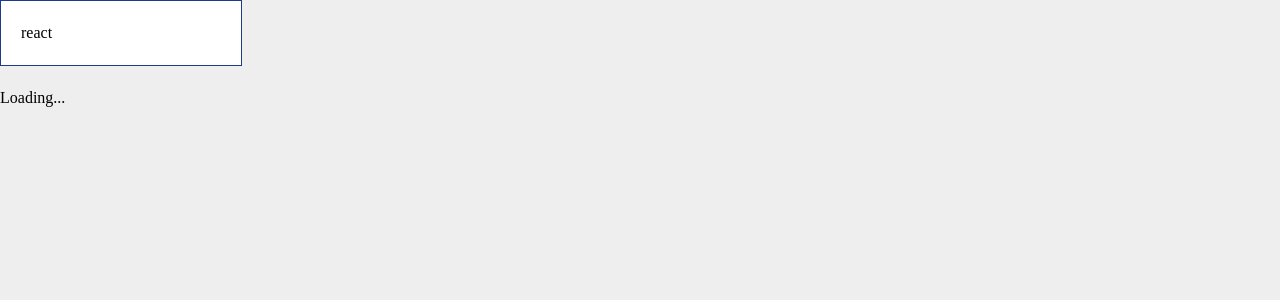
Repository: 16-Doffy/Fe-Khhoahoc
Page: /
An editor plug-in stored every save of this project. The page is shown before and after the next save, followed by the edit.
The browser window is 1280 px wide. The pictures show the whole page.
The page's requests for data from a server got no answer. The project was rebuilt for these pictures with package versions that can differ from the ones it lists, and the page was loaded fresh each time. No one was signed in, and anything a server would have sent is missing. Also part of the build but not shown: src/App.css.

Above is the page before, as saved 2025-01-14 15:12:22.

### src/index.js
import React from 'react';
import ReactDOM from 'react-dom/client';
import './index.css';
import App from './App';
import reportWebVitals from './reportWebVitals';
import "./index.scss"
const root = ReactDOM.createRoot(document.getElementById('root'));
root.render(
  <React.StrictMode>
    <App />
  </React.StrictMode>
);

// If you want to start measuring performance in your app, pass a function
// to log results (for example: reportWebVitals(console.log))
// or send to an analytics endpoint. Learn more: https://bit.ly/CRA-vitals
reportWebVitals();

### src/App.js

import "./App.css";
import HackerNews from "./components/news/HackerNews";



const App = () => {
  return (

    <HackerNews></HackerNews>
  );
};

export default App;













//<CardList><Card2/>
// const theme = {
//   //wanna change color in the future come here to change
//   colors: {
//     blue: "#2979ff",
//   },
//   orange: "#ffa440",
// };
// {/* <ThemeProvider theme={theme}>
// <CardList>
// <Card2 secondary={true}></Card2>
// <Card2 secondary={false}></Card2>
// <Card2 secondary={true}></Card2>
// <Card2 secondary={false}></Card2>
// <Card2 secondary={true}></Card2>
//  </CardList>
// </ThemeProvider> */}

### src/index.scss
@tailwind base;
@tailwind components;
@tailwind utilities;

@layer base {
    @import url("https://fonts.googleapis.com/css2?family=Poppins:ital,wght@0,100;0,200;0,300;0,400;0,500;0,600;0,700;0,800;0,900;1,100;1,200;1,300;1,400;1,500;1,600;1,700;1,800;1,900&display=swap");
    body{
        font-family: "Poppins", serif;
    }
}

### src/components/news/HackerNews.js
import axios from "axios";
import React, { useState, useEffect, useRef } from "react";
// http://hn.algolia.com/api/v1/search?query=react
const HackerNews = () => {
  const [hits, setHits] = useState([]);
    const [query, setQuery] = useState ("react");
    const [loading, setLoading] = useState(true);
    const handleFetchResponse = useRef ({});
    handleFetchResponse.curent = async () => {
      setLoading(true);
    const response = await axios.get(
      `http://hn.algolia.com/api/v1/search?query=${query}`
    );
    console.log(response)
    setHits(response.data?.hits || []);
    setLoading(false);
  };
  useEffect(() => {
    handleFetchResponse.curent();
  }, [query]);
  return (
    <div>
    <input type="text"
        className=" border border-blue-900 text-black p-5 mb-5"
        value={query}
        onChange={(e) => setQuery(e.target.value)}
    />
    {loading && <p>Loading...</p> }
      {!loading &&
      hits.length > 0 &&
        hits.map((item, index) => (
          <h3 key={item.title}>{item.title}</h3>
        ))}
    </div>
  );
};

export default HackerNews;

### tailwind.config.js
/** @type {import('tailwindcss').Config} */
module.exports = {
  mode: "jit",
  content: ["./src/**/*.{html,js}"],
  theme: {
    extend: {
      backgroundImage: {
        'radiant': `linear-gradient(0.25turn, #3f87a6, #ebf8e1, #f69d3c)`,
        'footer-texture': "url('/img/footer-texture.png')", // Sửa ở đây
        'secondary-radiant': `linear-gradient(#e66465, #9198e5)`,
      },
    },
  },
  plugins: [],
}

Loaded but not shown: public/index.html (common file); src/index.css (common file); src/reportWebVitals.js (common file)

After the next save:
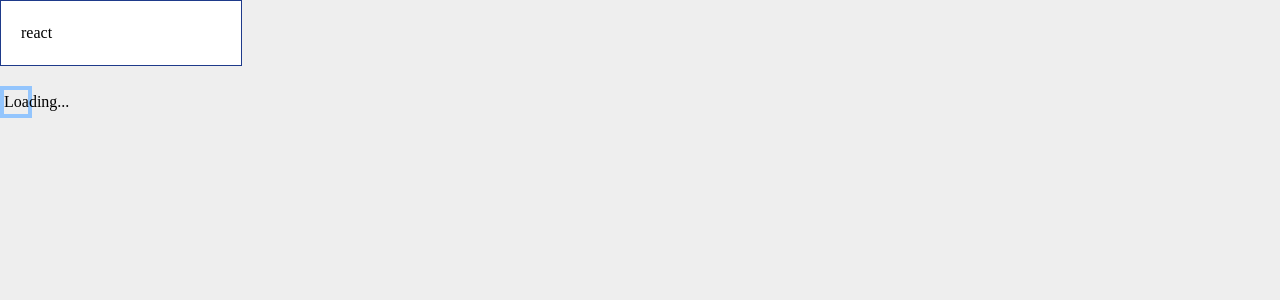
Saved 49 s later.
--- a/src/components/news/HackerNews.js
+++ b/src/components/news/HackerNews.js
@@ -25,7 +25,7 @@ const HackerNews = () => {
         value={query}
         onChange={(e) => setQuery(e.target.value)}
     />
-    {loading && <p>Loading...</p> }
+    {loading && <div className=" loading w-8 h-8 border border-blue-300 border-4">Loading...</div> }
       {!loading &&
       hits.length > 0 &&
         hits.map((item, index) => (
